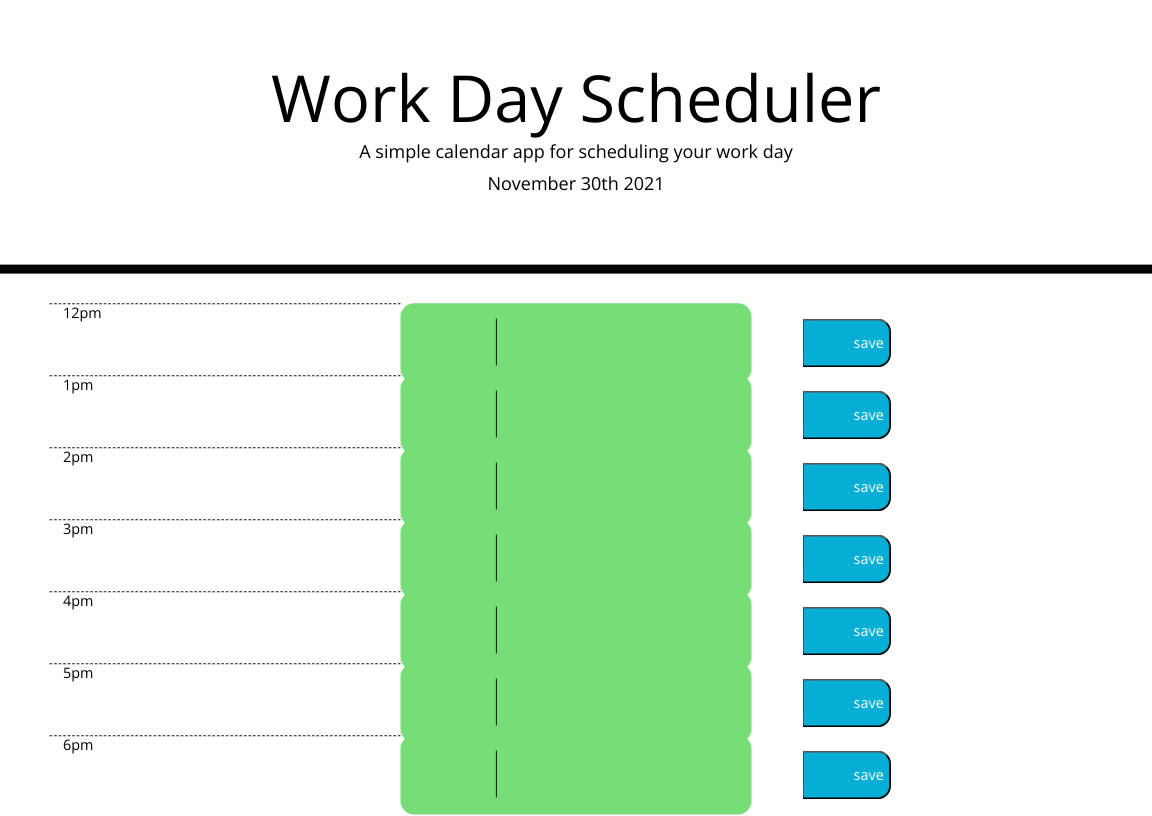
Repository: Naomilounsbury/work-day-scheduler
Page: index.html
An editor plug-in stored every save of this project. The page is shown before and after the next save, followed by the edit.
The browser window is 1280 px wide. The pictures show the whole page, at 90% of full size.
Some web libraries are served in a nearby version.

Above is the page before, as saved 2021-12-04 11:02:07.

After the next save:
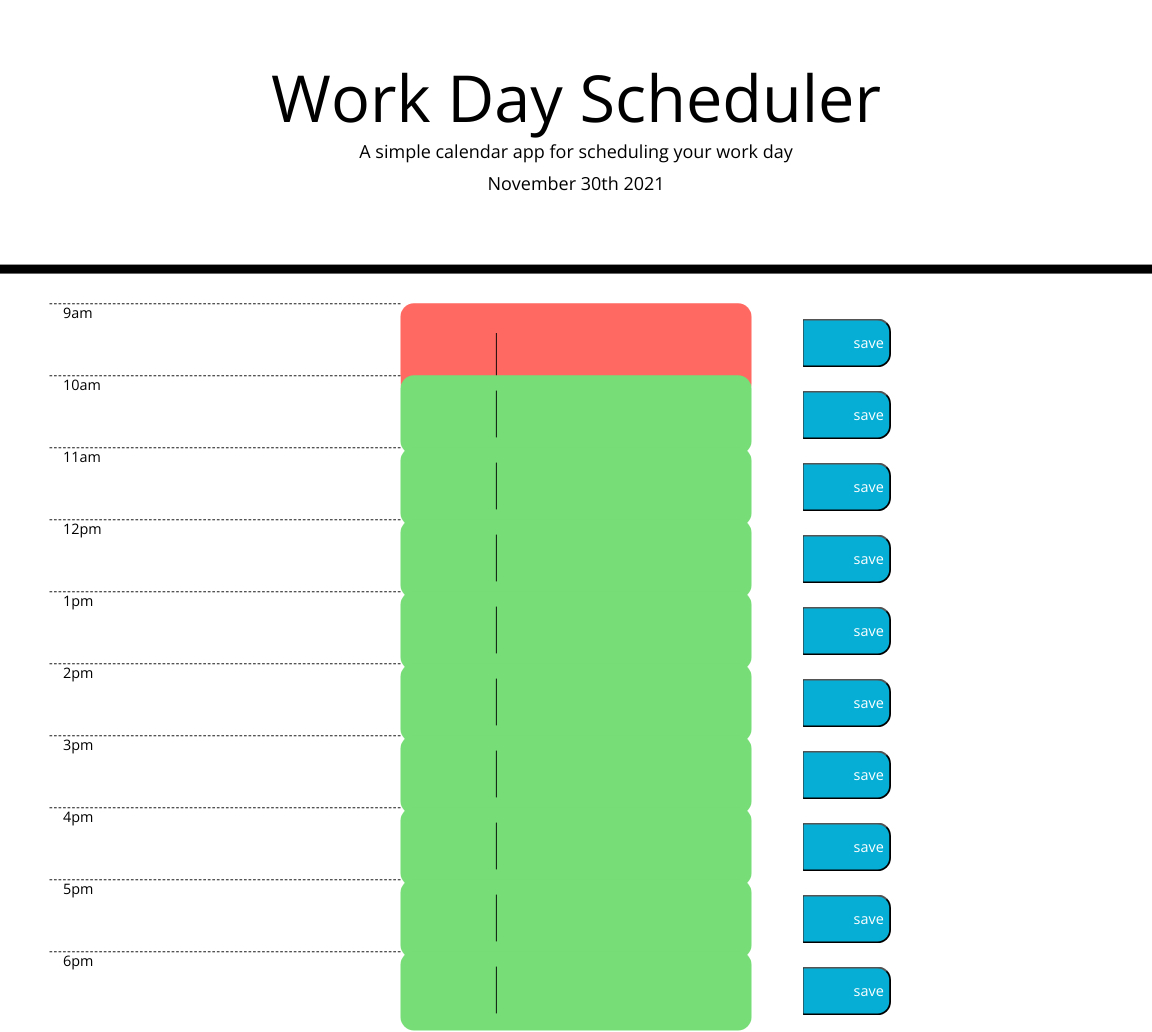
Saved 2 min 56 s later.
--- a/index.html
+++ b/index.html
@@ -22,11 +22,11 @@
   <div class>
     <!-- Timeblocks go here -->
     <table class="container">
-      <!-- <tr class="row">
+      <tr class="row">
         <td class="hour col">9am</td>
-        <td class="time-block col" id="9"> -->
+        <td class="time-block col" id="9">
           <!-- all of my textareas are called btn which is ironic because they arent btns -->
-          <!-- <textarea id="btn9">
+          <textarea id="btn9">
           </textarea>
         </td>
         <td class="col">
@@ -41,7 +41,7 @@
           <textarea id="btn10">
             </textarea>
         </td>
-        <td col>
+        <td class="col">
           <button class="saveBtn" value="10">
             save
           </button>
@@ -53,12 +53,12 @@
           <textarea id="btn11">
             </textarea>
         </td>
-        <td col>
+        <td class="col">
           <button class="saveBtn" value="11">
             save
           </button>
         </td>
-      </tr> -->
+      </tr>
       <tr class="row">
         <td class="hour col">12pm</td>
         <td class="time-block col" id="12">
